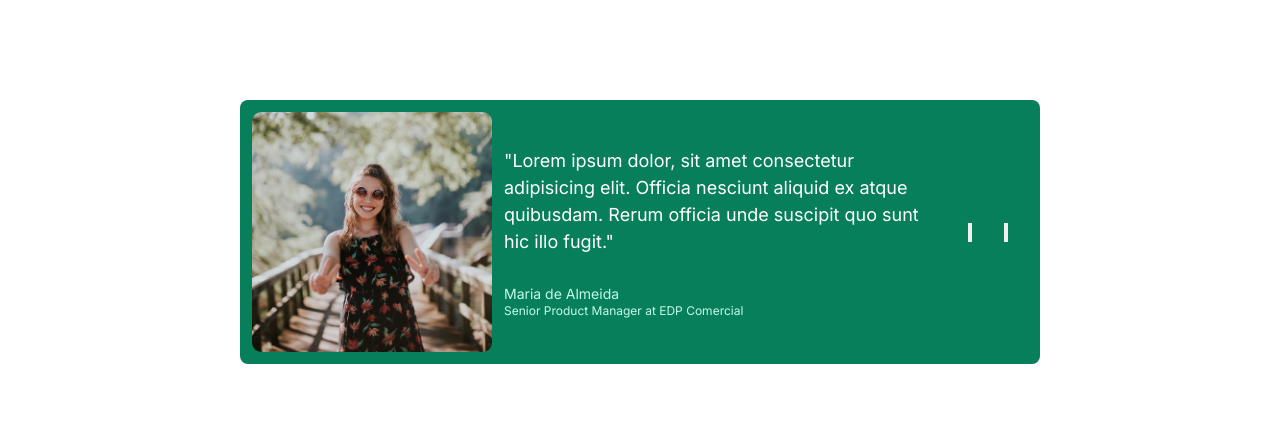
Repository: Ahmed123rezk123/06-Components
Page: carousel.html
These files come from the project's save history. The page is drawn as it stood at one moment and after the next save; the edit follows.
The browser window is 1280 px wide. The pictures show the whole page.

Above is the page before, as saved 2024-09-16 08:44:39.

### carousel.html
<!DOCTYPE html>
<html lang="en">
  <head>
    <meta charset="UTF-8" />
    <meta name="viewport" content="width=device-width, initial-scale=1.0" />
    <link rel="preconnect" href="https://fonts.gstatic.com" />
    <link
      href="https://fonts.googleapis.com/css2?family=Inter:wght@400;500;700&display=swap"
      rel="stylesheet"
    />
    <style>
      * {
        margin: 0;
        padding: 0;
        box-sizing: border-box;
      }

      body {
        font-family: "Inter", sans-serif;
        /* color: #343a40;
        background-color: #f8f9fa; */
        line-height: 1;
      }
      .carousel {
        width: 800px;
        margin: 100px auto;
        background-color: #087f5b;
        border-radius: 8px;
        padding: 32px;
        color: #fff;
        display: flex;
        align-items: center;
        gap: 32px;
      }

      img {
        height: 200px;
        border-radius: 8px;
        transform: scale(1.2);
      }
      .testmonial-text {
        font-size: 18px;
        font-weight: 500px;
        line-height: 1.5;
        margin-bottom: 32px;
      }
      .testmonial-auther {
        font-size: 14px;
        margin-bottom: 4px;
        color: #c3fae8;
      }

      .testmonial-job {
        font-size: 12px;
        color: #c3fae8;
      }
    </style>
    <title>Carousel</title>
  </head>
  <body>
    <div class="carousel">
      <img src="maria.jpg" alt="" />
      <blockquote class="testmonial">
        <p class="testmonial-text">
          "Lorem ipsum dolor, sit amet consectetur adipisicing elit. Officia
          nesciunt aliquid ex atque quibusdam. Rerum officia unde suscipit quo
          sunt hic illo fugit."
        </p>
        <p class="testmonial-auther">Maria de Almeida</p>
        <p class="testmonial-job">Senior Product Manager at EDP Comercial</p>
      </blockquote>

      <button class="btn">
        <svg
          xmlns="http://www.w3.org/2000/svg"
          fill="none"
          viewBox="0 0 24 24"
          stroke-width="1.5"
          stroke="currentColor"
          class="btn-icon"
        >
          <path
            stroke-linecap="round"
            stroke-linejoin="round"
            d="m8.25 4.5 7.5 7.5-7.5 7.5"
          />
        </svg>
      </button>
      <button class="btn">
        <svg
          xmlns="http://www.w3.org/2000/svg"
          fill="none"
          viewBox="0 0 24 24"
          stroke-width="1.5"
          stroke="currentColor"
          class="btn-icon"
        >
          <path
            stroke-linecap="round"
            stroke-linejoin="round"
            d="M15.75 19.5 8.25 12l7.5-7.5"
          />
        </svg>
      </button>
    </div>
  </body>
</html>

After the next save:
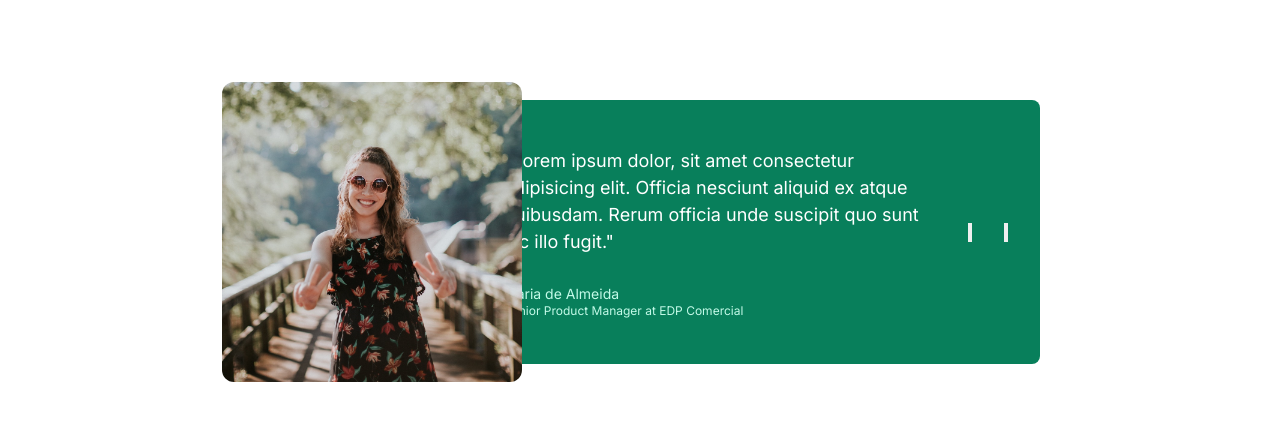
Saved 7 s later.
--- a/carousel.html
+++ b/carousel.html
@@ -36,7 +36,7 @@
       img {
         height: 200px;
         border-radius: 8px;
-        transform: scale(1.2);
+        transform: scale(1.5);
       }
       .testmonial-text {
         font-size: 18px;
